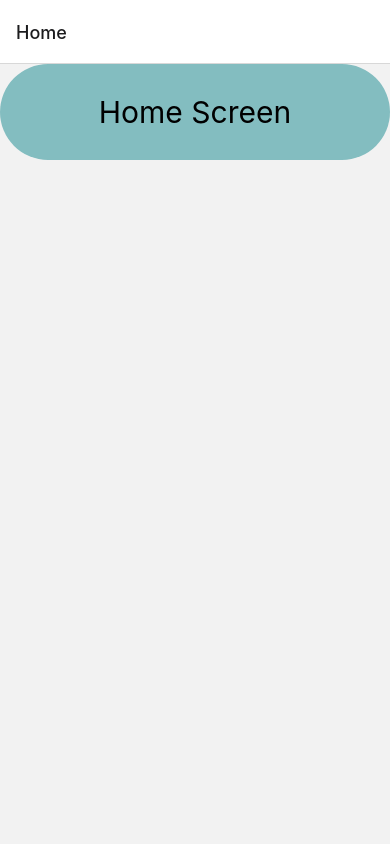
Repository: itadori17/MovieApi
Screen: /
An editor plug-in stored every save of this project. The screen is shown before and after the next save, followed by the edit.
The app was drawn by React Native's web renderer in a window 390 px wide. The project was rebuilt for these pictures with package versions that can differ from the ones it lists, and the page was loaded fresh each time. Also part of the build but not shown: src/Screens/MovieFinder.js.

Above is the screen before, as saved 2022-08-22 09:37:12.

### App.js
import * as React from 'react';
import { View, Text, StyleSheet} from 'react-native';
import { NavigationContainer } from '@react-navigation/native';
import { createNativeStackNavigator } from '@react-navigation/native-stack';
import MovieFinder from './src/Screens/MovieFinder';
import HomeSreen from './src/Screens/HomeSreen';

const Stack = createNativeStackNavigator();

function App() {
  return (
    <NavigationContainer>
      <Stack.Navigator>
        <Stack.Screen name="Home" component={HomeSreen} />
        <Stack.Screen name="MovieFinder" component={MovieFinder} />
      </Stack.Navigator>
    </NavigationContainer>
  );
}

export default App;

const styles = StyleSheet.create({
  container: {
    flex: 1,
    backgroundColor: '#fff',
    alignItems: 'center',
    justifyContent: 'center',
  },
});

### src/Screens/HomeSreen.js
import { View, Text, TouchableOpacity,StyleSheet } from 'react-native'
import React from 'react'
import { useNavigation } from '@react-navigation/native';

const HomeSreen = () => {
    const navigation = useNavigation();
  return (
    <View >

      <TouchableOpacity
        style={styles.button}

        onPress={() => navigation.navigate('MovieFinder')}
     >
        <Text style={styles.text} >Home Screen</Text>
     </TouchableOpacity>
    </View>
  )
}

export default HomeSreen

const styles = StyleSheet.create({
    container: {
        flex: 1,
    justifyContent: "center",
    paddingHorizontal: 10,
    backgroundColor: "#C8B4D0",
    },
    button : {
        alignItems: "center",
        backgroundColor: "#83BDC0",
        padding: 30,
        borderRadius: 50,

    },
    text : {
        fontSize: 30,

    }
})

After the next save:
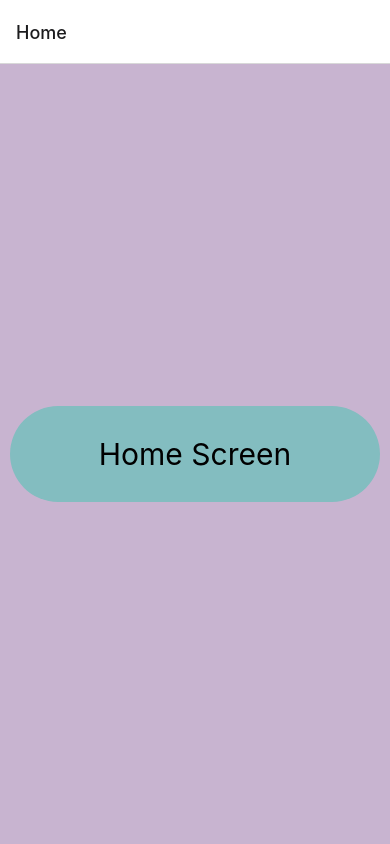
Saved 11 s later.
--- a/src/Screens/HomeSreen.js
+++ b/src/Screens/HomeSreen.js
@@ -5,7 +5,7 @@ import { useNavigation } from '@react-navigation/native';
 const HomeSreen = () => {
     const navigation = useNavigation();
   return (
-    <View >
+    <View style={styles.container}>
 
       <TouchableOpacity
         style={styles.button}
